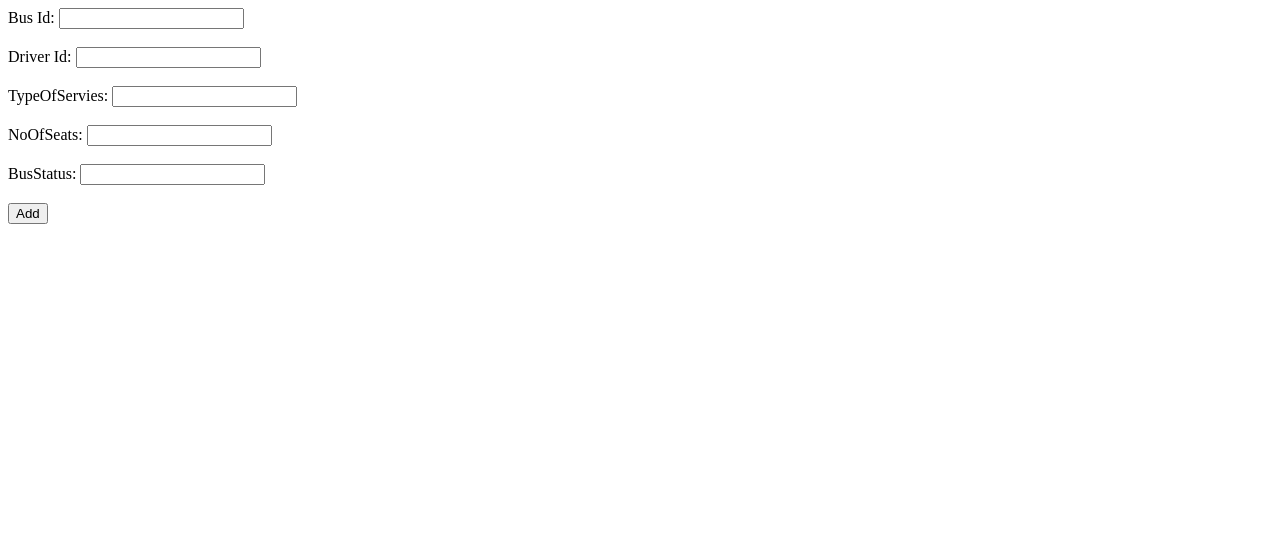
Repository: gummabhargavi/DynWebEjBPoject-AND-server
Page: DynWebEjbBusProject/WebContent/AddTravel.html
The author's editor kept a copy of each file at every save. The page is drawn from the files as they stood at one save, then again after the next save.
The browser window is 1280 px wide. The pictures show the whole page.

Above is the page before, as saved 2022-12-07 07:36:33.

### DynWebEjbBusProject/WebContent/AddTravel.html
<!DOCTYPE html>
<html>
<head>
<meta charset="ISO-8859-1">
<title>Insert title here</title>
</head>
<body>
   <form action="AddTravelServlet">
         Bus Id:
           <input type="text" name="bus_no"><br/><br/>
         Driver Id:
           <input type="text" name="type_of_bus"><br/><br/>
         TypeOfServies:
           <input type="text" name="type_of_servies"><br/><br/>
         NoOfSeats:
           <input type="text" name="no_of_seat"><br/><br/>
         BusStatus:
           <input type="text" name="bus_status"><br/><br/>

        <input type="submit" value="Add">
      </form>

</body>
</html>

After the next save:
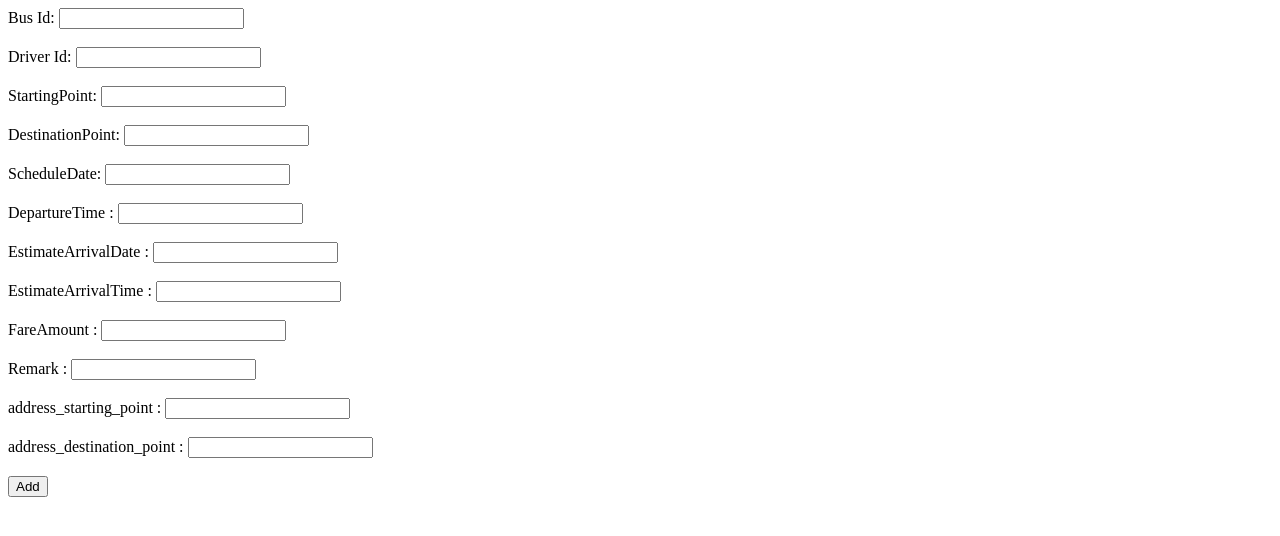
Saved 71 min 50 s later.
--- a/DynWebEjbBusProject/WebContent/AddTravel.html
+++ b/DynWebEjbBusProject/WebContent/AddTravel.html
@@ -7,16 +7,29 @@
 <body>
    <form action="AddTravelServlet">
          Bus Id:
-           <input type="text" name="bus_no"><br/><br/>
+           <input type="text" name="bus_id"><br/><br/>
          Driver Id:
-           <input type="text" name="type_of_bus"><br/><br/>
-         TypeOfServies:
-           <input type="text" name="type_of_servies"><br/><br/>
-         NoOfSeats:
-           <input type="text" name="no_of_seat"><br/><br/>
-         BusStatus:
-           <input type="text" name="bus_status"><br/><br/>
-
+           <input type="text" name="driver_id"><br/><br/>
+         StartingPoint:
+           <input type="text" name="starting_point"><br/><br/>
+         DestinationPoint:
+           <input type="text" name="destination_point"><br/><br/>
+         ScheduleDate:
+           <input type="text" name="schedule_date"><br/><br/>
+         DepartureTime :
+           <input type="text" name="departure_time"><br/><br/>
+         EstimateArrivalDate :
+           <input type="text" name="estimate_arrival_date"><br/><br/>
+         EstimateArrivalTime :
+            <input type="text" name="estimate_arrival_time" ><br/><br/>
+         FareAmount :
+            <input type="text" name="fare_amount"><br/><br/>
+         Remark :
+             <input type="text" name="remark"><br/><br/>
+         address_starting_point :
+             <input type="text" name="address_starting_point"><br/><br/>
+         address_destination_point :
+             <input type="text" name="address_destination_point"><br/><br/>
         <input type="submit" value="Add">
       </form>
 
